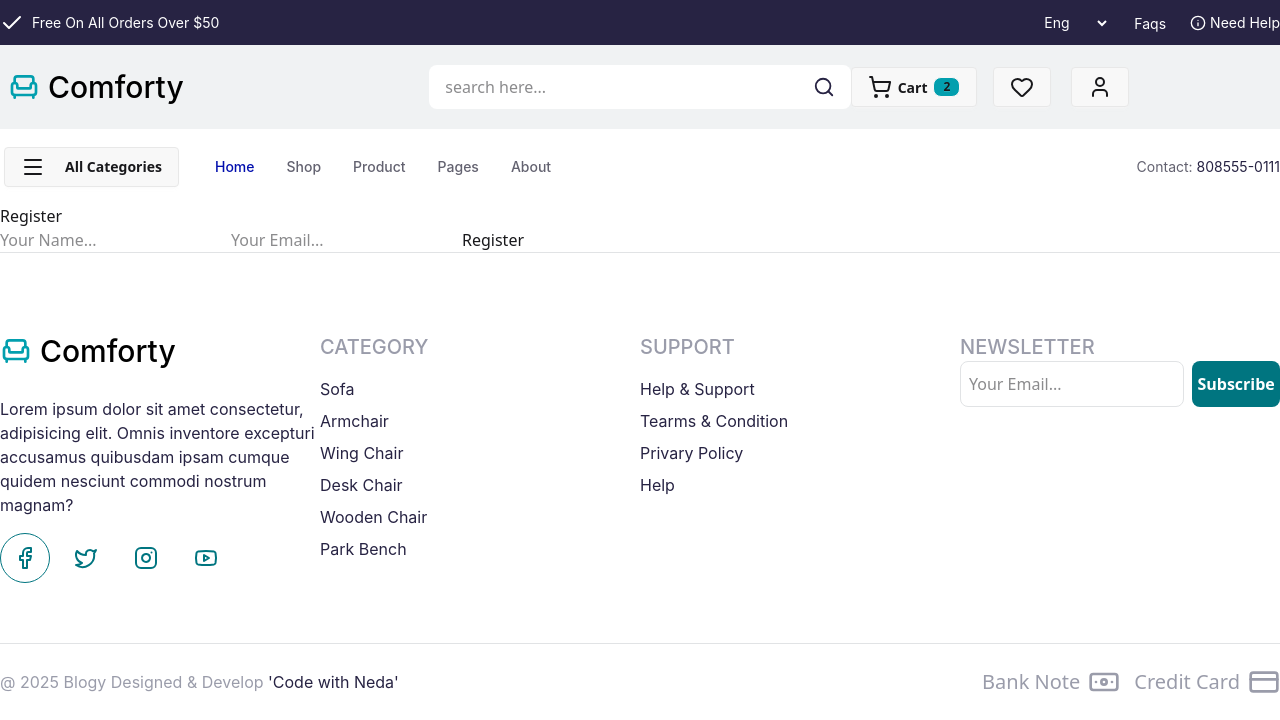
Repository: Neda0o0/store-template-website
Page: /auth/register
An editor plug-in stored every save of this project. The page is shown before and after the next save, followed by the edit.
The browser window is 1280 px wide. The pictures show the whole page.
The project was rebuilt for these pictures with package versions that can differ from the ones it lists, and the page was loaded fresh each time. Also part of the build but not shown: vite.config.js, src/components/Banner/Banner.jsx, src/components/Delivery/Delivery.jsx, src/components/Brand/Brand.jsx, src/components/SectionTitle/SectionTitle.jsx, src/components/Features/Features.jsx, src/components/Categories/Categories.jsx, src/components/Product/Product.jsx and 6 more.

Above is the page before, as saved 2025-10-27 17:35:15.

After the next save:
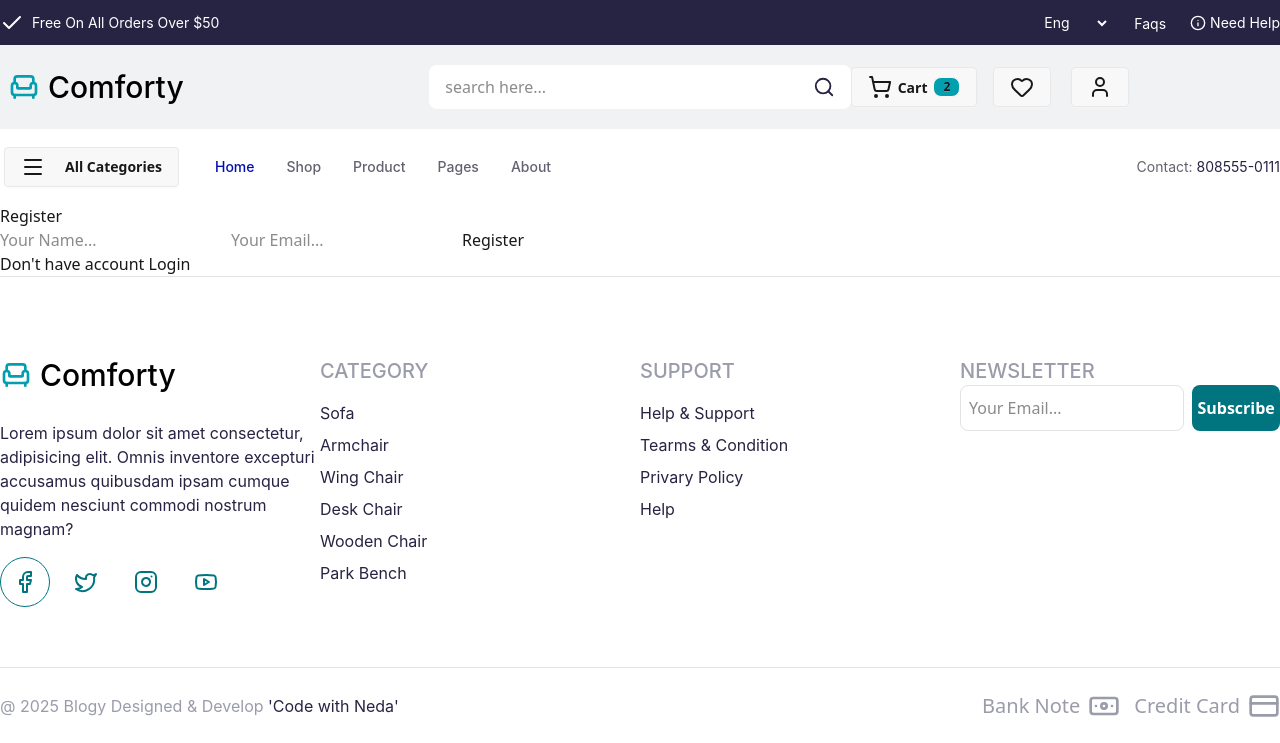
Saved 101 s later.
--- a/src/Pages/Auth/Register/Register.jsx
+++ b/src/Pages/Auth/Register/Register.jsx
@@ -1,3 +1,5 @@
+import { Link } from "react-router";
+
 const Register = () => {
   return (
     <div className="lg:container mx-auto">
@@ -8,6 +10,9 @@ const Register = () => {
           <input type="email" placeholder="Your Email..." />
           <button type="submit">Register</button>
         </form>
+        <p>
+          Don't have account <Link to={"/auth/login"}>Login</Link>
+        </p>
       </div>
     </div>
   );
